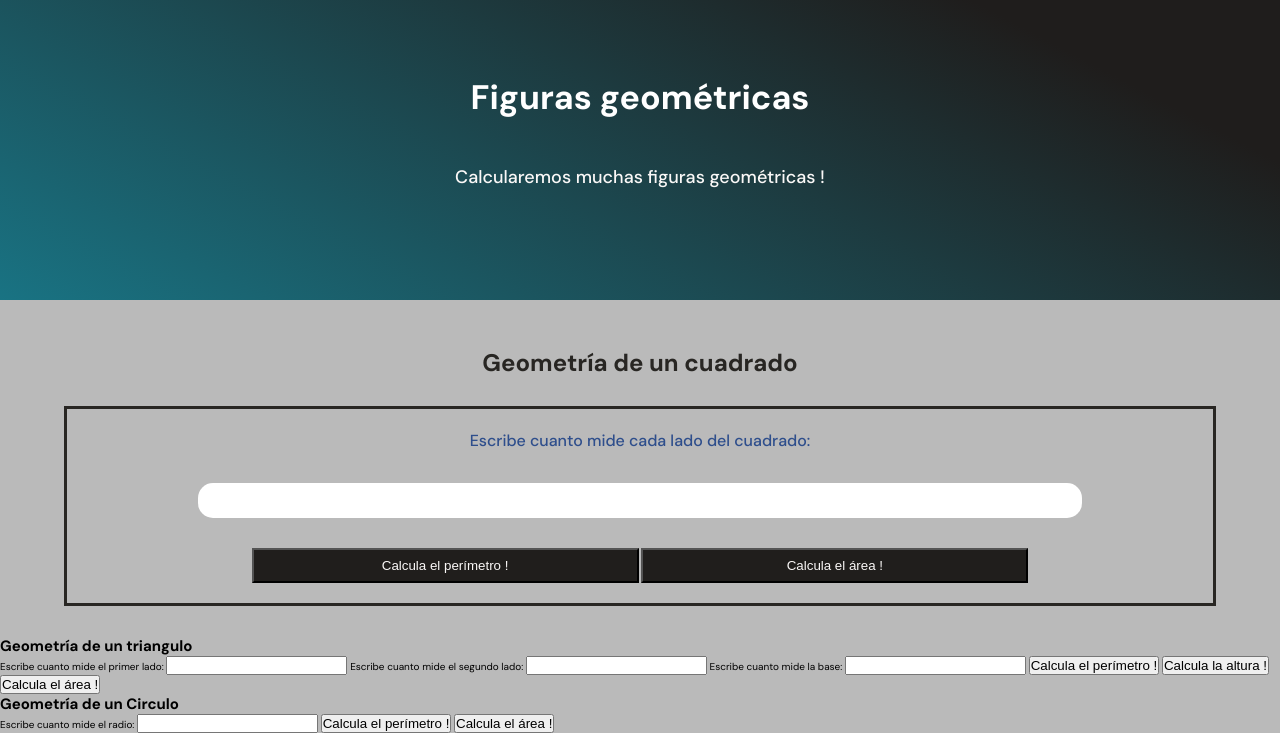
Repository: ChristianGecchelin/javascript-project
Page: javascript-project/figuras-geometricas/figuras.html
An editor plug-in stored every save of this project. The page is shown before and after a run of saves, followed by the edit.
The browser window is 1280 px wide. The pictures show the whole page.

Above is the page before, as saved 2021-12-01 23:56:05.

### javascript-project/figuras-geometricas/figuras.html
<!DOCTYPE html>
<html lang="en">
  <head>
    <meta charset="UTF-8" />
    <meta http-equiv="X-UA-Compatible" content="IE=edge" />
    <meta name="viewport" content="width=device-width, initial-scale=1.0" />
    <title>Figuras geométricas | Proyecto 1</title>
    <link rel="preconnect" href="https://fonts.googleapis.com" />
    <link rel="preconnect" href="https://fonts.gstatic.com" crossorigin />
    <link
      href="https://fonts.googleapis.com/css2?family=DM+Sans:wght@400;500;700&family=Inter:wght@300;500&display=swap"
      rel="stylesheet"
    />
    <link rel="stylesheet" href="./style.css" />
  </head>
  <body>
    <header>
      <div class="header--title-container">
        <h1>Figuras geométricas</h1>
        <p>Calcularemos muchas figuras geométricas !</p>
      </div>
    </header>
    <main>
      <section class="main-calculadora-contenedor">
        <h2 class="main-calculadora-contenedor--title">
          Geometría de un cuadrado
        </h2>
        <div class="main-calculadora-form-contenedor">
          <form action="">
            <label class="form--label-input" for=""
              >Escribe cuanto mide cada lado del cuadrado:</label
            >
            <input class="form--input" type="number" id="inputCuadrado" />
            <button
              class="form--input-boton"
              type="button"
              onclick="calcularPerimetroCuadrado()"
            >
              Calcula el perímetro !
            </button>
            <button
              class="form--input-boton"
              type="button"
              onclick="calcularAreaCuadrado()"
            >
              Calcula el área !
            </button>
            <!-- type button, para quitarle el submit por defecto y que no me redireccione a ningun lado -->
          </form>
        </div>
      </section>
      <section>
        <h2>Geometría de un triangulo</h2>
        <form action="">
          <label for="">Escribe cuanto mide el primer lado:</label>
          <input type="number" id="inputLado1" />
          <label for="">Escribe cuanto mide el segundo lado:</label>
          <input type="number" id="inputLado2" />
          <label for="">Escribe cuanto mide la base:</label>
          <input type="number" id="inputBase" />
          <button type="button" onclick="calcularPerimetroTriangulo()">
            Calcula el perímetro !
          </button>
          <button type="button" onclick="calcularAlturaTriangulo()">
            Calcula la altura !
          </button>
          <button type="button" onclick="calcularAreaTriangulo()">
            Calcula el área !
          </button>
          <!-- type button, para quitarle el submit por defecto y que no me redireccione a ningun lado -->
        </form>
      </section>
      <section>
        <h2>Geometría de un Circulo</h2>
        <form action="">
          <label for="">Escribe cuanto mide el radio:</label>
          <input type="number" id="inputRadio" />
          <button type="button" onclick="calcularPerimetroCirculo()">
            Calcula el perímetro !
          </button>
          <button type="button" onclick="calcularAreaCirculo()">
            Calcula el área !
          </button>
          <!-- type button, para quitarle el submit por defecto y que no me redireccione a ningun lado -->
        </form>
      </section>
    </main>
    <script src="./figurasConFunciones.js"></script>
  </body>
</html>

### javascript-project/figuras-geometricas/style.css
:root {
  --Dark-lightblue: #197383;
  --soft-orange: #ffe9d5;
  --secondary-blue: #1a9af7;
  --soft-blue: #e7f5ff;
  --warm-black: #201e1c;
  --black: #282623;
  --grey: #bababa;
  --off-white: #faf8f7;
  --just-white: #fff;
}
* {
  box-sizing: border-box;
  margin: 0;
  padding: 0;
}
html {
  font-size: 62.5%;
  font-family: "DM Sans", sans-serif;
}
header {
  position: relative;
  display: flex;
  flex-direction: column;
  justify-content: center;
  width: 100%;
  min-width: 320px;
  height: 300px;
  text-align: center;
  background: linear-gradient(207.8deg, #1f1d1c 16.69%, #197383 100%);
}
header .header--title-container {
  width: 90%;
  min-width: 288px;
  max-width: 900px;
  height: 200px;
  text-align: center;
  align-self: center;
}
header .header--title-container h1 {
  margin-top: 30px;
  margin-bottom: 50px;
  font-size: 3.4rem;
  font-weight: 700;
  line-height: 3.6rem;
  color: var(--just-white);
}
header .header--title-container p {
  font-size: 1.8rem;
  font-weight: 500;
  line-height: 2.2rem;
  color: var(--off-white);
}
main {
  width: 100%;
  height: auto;
  background-color: var(--grey);
  min-width: 320px;
}
.main-calculadora-contenedor {
  width: 90%;
  min-width: 280px;
  height: auto;
  margin: 0 auto;
  padding-top: 50px;
  padding-bottom: 30px;
  text-align: center;
}
.main-calculadora-contenedor--title {
  margin-bottom: 30px;
  font-size: 2.4rem;
  font-weight: 700;
  line-height: 2.6rem;
  color: var(--black);
}
.main-calculadora-form-contenedor {
  display: flex;
  flex-direction: column;
  justify-content: center;
  height: auto;
  border: 3px solid var(--black);
  padding: 20px 20px;
}
.main-calculadora-form-contenedor .form--label-input {
  display: block;
  font-size: 1.6rem;
  font-weight: 500;
  line-height: 2.4rem;
  color: rgba(34, 68, 136, 0.92);
}
.main-calculadora-form-contenedor .form--input {
  display: block;
  width: 80%;
  height: 35px;
  margin: 30px auto;
  border: none;
  border-radius: 15px;
  text-align: center;
  font-size: 2rem;
  font-weight: 500;
}
.main-calculadora-form-contenedor .form--input:focus {
  border: 5px solid var(--Dark-lightblue);
  width: 85%;
  border-radius: 15px;
}
.main-calculadora-form-contenedor .form--input-boton {
  width: 35%;
  height: 35px;
  padding: 5px 10px;
  background-color: var(--warm-black);
  color: var(--off-white);
}

### javascript-project/figuras-geometricas/figurasConFunciones.js
/* Codigo del cuadrado */
console.group("Cuadrado");
function perimetroCuadrado(lado) {
  return lado * 4;
}
/* console.log(`Perimetro del cuadrado es: ${perimetroCuadrado} cm.`); */
function areaCuadrado(lado) {
  return (
    lado ** 2
  ); /* debe estar escrito de igual manera el parametro que el return */
}

/* console.log(`El area del cuadrado es: ${areaCuadrado} cm^2.`); */
console.groupEnd();

/* Codigo del triangulo */
console.group("Triangulo");

function perimetroTriangulo(lado1, lado2, base) {
  return lado1 + lado2 + base;
}
function calcularAltura(lado1, lado2, lado3) {
  let ladosIguales;
  let ladoBase;
  let altura;

  if (
    lado1 + lado2 <= lado3 ||
    lado1 + lado3 <= lado2 ||
    lado2 + lado3 <= lado1
  ) {
    alert(
      "En un triangulo la base no puede ser mayor a la suma de sus catetos"
    );
  } else {
    switch (true) {
      case lado1 === lado2:
        ladosIguales = lado1;
        ladoBase = lado3;
        break;
      case lado1 === lado3:
        ladosIguales = lado1;
        ladoBase = lado2;
        break;
      case lado3 === lado2:
        ladosIguales = lado2;
        ladoBase = lado1;
        break;
    }
    if (!ladosIguales) {
      alert("Tu triangulo no es isosceles, ingresa la altura");
    } else {
      altura = Math.sqrt(ladosIguales ** 2 - ladoBase ** 2 / 4);
    }
  }
  return ladosIguales, ladoBase, altura;
}
function areaTriangulo(ladoBase, altura) {
  return (
    (ladoBase * altura) / 2
  ); /* tengo que llamar a la funcion altura para pasarle el dato */
}
console.groupEnd();

//Codigo Circulo
console.group("Circulo");
function diametroCirculo(radio) {
  return radio * 2;
}
const pi = Math.PI;
function circunferencia(radio) {
  const diametro = diametroCirculo(radio);
  /* llamo a una funcion dentro de otra y creo una variable que tiene alcance local */
  return diametro * pi;
}
function superficieCirculo(radio) {
  return pi * radio ** 2;
}

console.groupEnd();
/* Creo una funcion, que a traves del id obtengo lo que el usuario ingreso en el input. y con eso le saco el value que le paso
a la funcion que cree antes y es la encargada de hacer el calculo para luego mostrarse en un aler */
function calcularPerimetroCuadrado() {
  const input = document.getElementById("inputCuadrado");
  const value = input.value;
  const perimetro = perimetroCuadrado(value);
  alert(perimetro);
}
function calcularAreaCuadrado() {
  const input = document.getElementById("inputCuadrado");
  const value = input.value;
  const area = areaCuadrado(value);
  alert(area);
}

function calcularPerimetroTriangulo() {
  const inputLado1 = document.getElementById("inputLado1");
  const valueLado1 = Number(inputLado1.value);
  const inputLado2 = document.getElementById("inputLado2");
  const valueLado2 = Number(inputLado2.value);
  const inputBase = document.getElementById("inputBase");
  const valueBase = Number(inputBase.value);
  /* Es importante ponerle number porque por mas que el input tenga type number, este lo transforma como un string */
  const perimetro = perimetroTriangulo(valueLado1, valueLado2, valueBase);
  alert(perimetro);
}

function calcularAlturaTriangulo() {
  const inputLado1 = document.getElementById("inputLado1");
  const valueLado1 = Number(inputLado1.value);
  const inputLado2 = document.getElementById("inputLado2");
  const valueLado2 = Number(inputLado2.value);
  const inputBase = document.getElementById("inputBase");
  const valueBase = Number(inputBase.value);
  const alturaTriangulo = calcularAltura(valueLado1, valueLado2, valueBase);
  alert(alturaTriangulo);
}

function calcularAreaTriangulo() {
  /* const inputAltura = document.getElementById("inputAltura");
  const valueAltura = Number(inputAltura.value);
  const inputBase = document.getElementById("inputBase");
  const valueBase = inputBase.value;
  const area = areaTriangulo(valueAltura, valueBase);
  alert(area); */
  const inputLado1 = document.getElementById("inputLado1");
  const valueLado1 = Number(inputLado1.value);
  const inputLado2 = document.getElementById("inputLado2");
  const valueLado2 = Number(inputLado2.value);
  const inputBase = document.getElementById("inputBase");
  const valueBase = Number(inputBase.value);
  const altura = calcularAltura(valueLado1, valueLado2, valueBase);
  const area = areaTriangulo(valueBase, altura);
  alert(area);
}

function calcularPerimetroCirculo() {
  const inputRadio = document.getElementById("inputRadio");
  const valueRadio = inputRadio.value;
  const perimetro = circunferencia(valueRadio);
  alert(perimetro);
}
function calcularAreaCirculo() {
  const inputRadio = document.getElementById("inputRadio");
  const valueRadio = inputRadio.value;
  const superficie = superficieCirculo(valueRadio);
  alert(superficie);
}

After the next 2 saves:
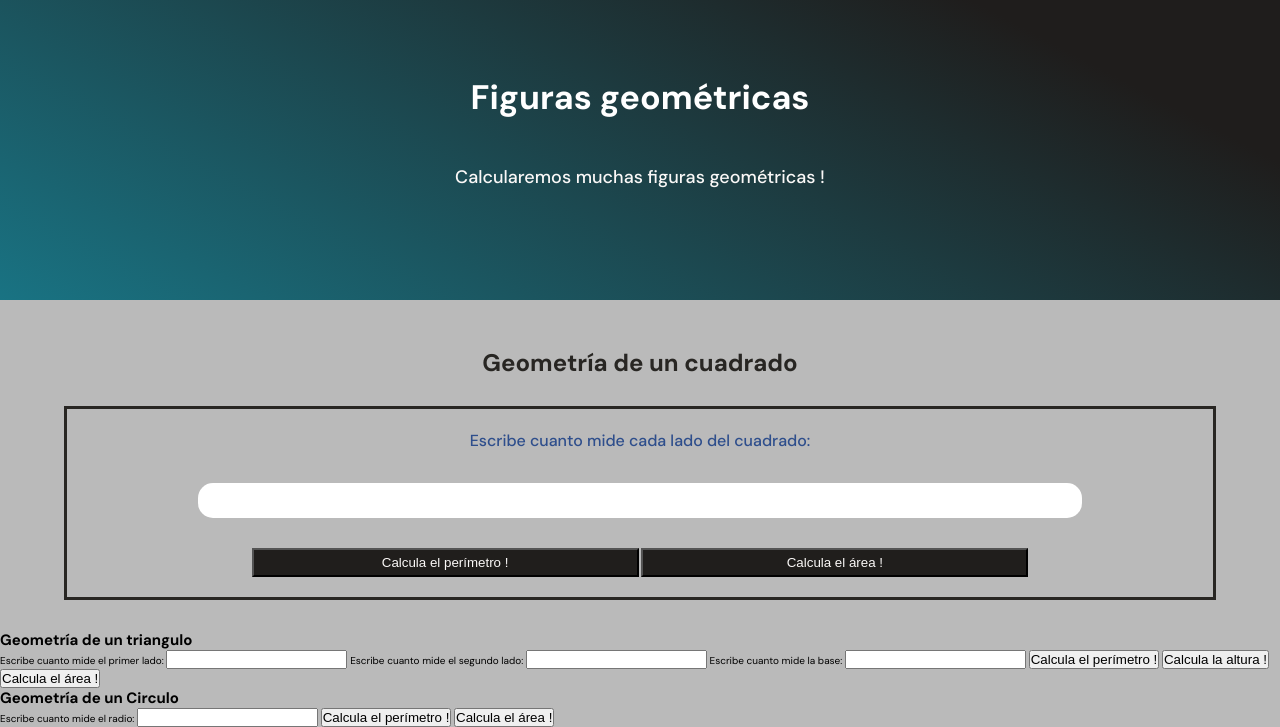
The 2 saves are shown as one change because they came seconds apart.
The last was saved 13 s later.
--- a/javascript-project/figuras-geometricas/style.css
+++ b/javascript-project/figuras-geometricas/style.css
@@ -106,7 +106,7 @@ main {
 }
 .main-calculadora-form-contenedor .form--input-boton {
   width: 35%;
-  height: 35px;
+  height: auto;
   padding: 5px 10px;
   background-color: var(--warm-black);
   color: var(--off-white);
